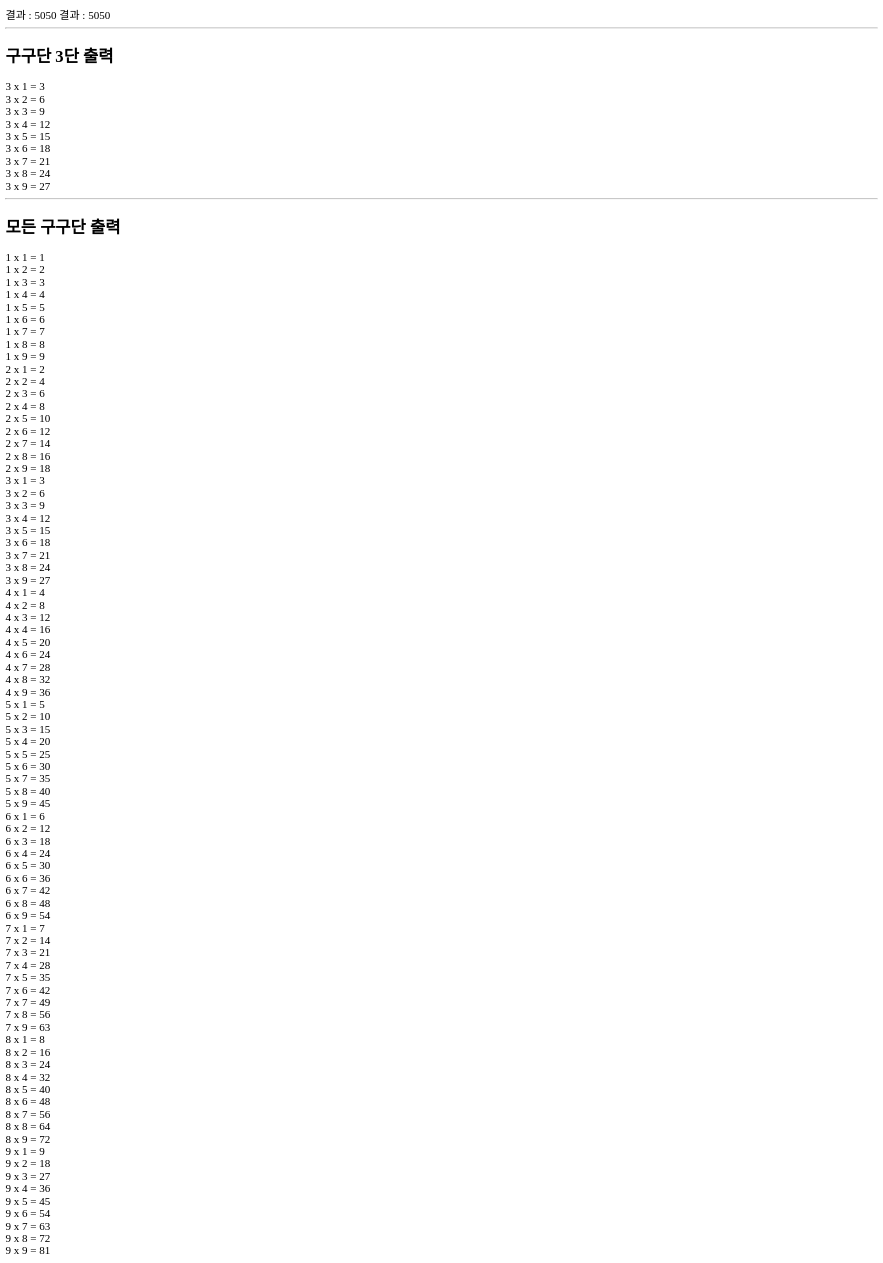
Repository: huntingforheat/JavaProject
Page: http://localhost/myweb/jstl/jstl_foreach.jsp
The author's editor kept a copy of each file at every save. The page is drawn from the files as they stood at one save, then again after the next save.
The browser window is 1280 px wide. The pictures show the whole page, at 69% of full size.
The page is served by Tomcat 9.

Above is the page before, as saved 2024-04-17 03:38:29.

After the next save:
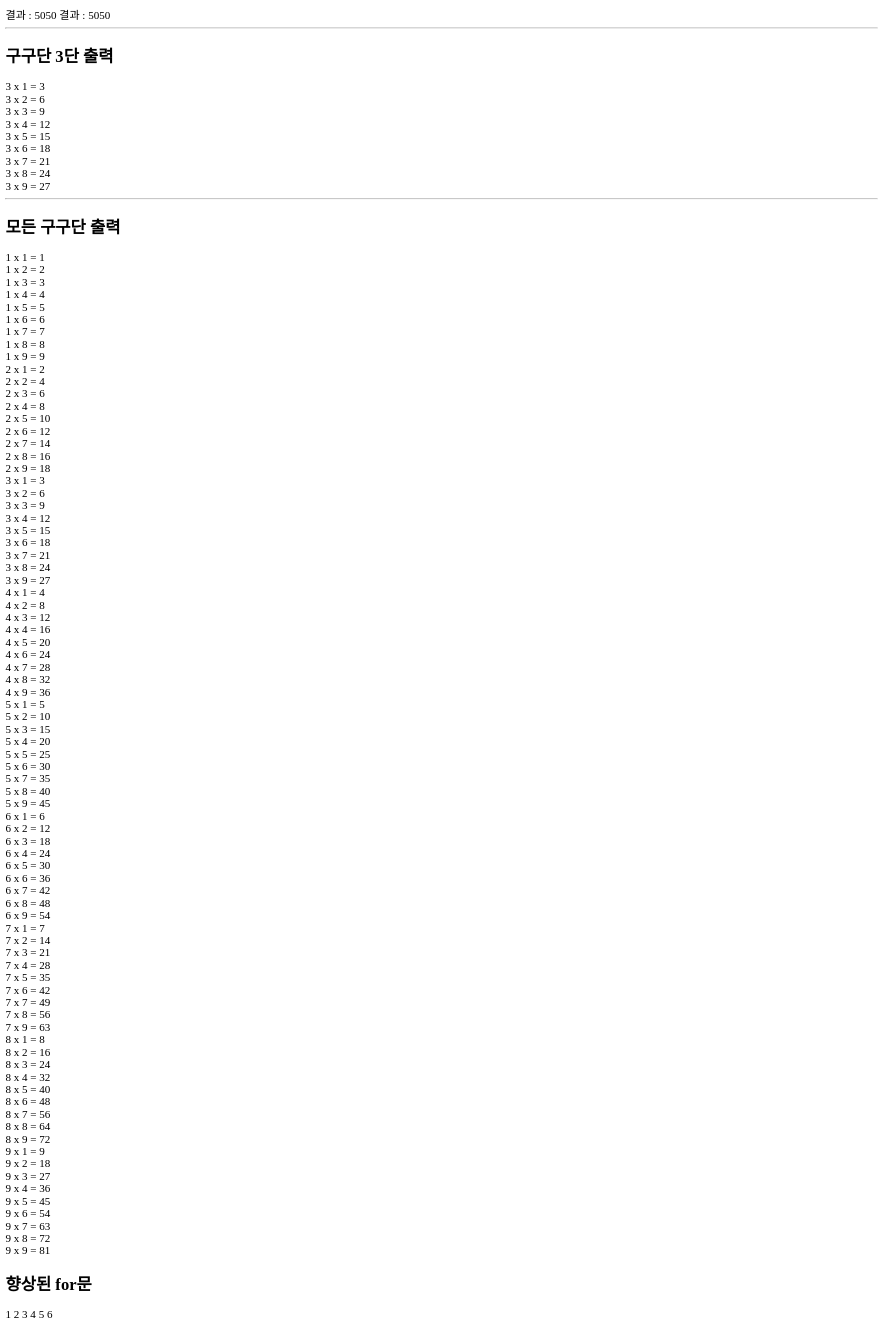
Saved 5 min 46 s later.
--- a/myweb/src/main/webapp/jstl/jstl_foreach.jsp
+++ b/myweb/src/main/webapp/jstl/jstl_foreach.jsp
@@ -41,5 +41,13 @@
 			${i } x ${j } = ${i * j } <br>
 		</c:forEach>
 	</c:forEach>
+
+	<h2>향상된 for문</h2>
+	<%
+		int[] arr = {1,2,3,4,5,6};
+		for(int a : arr) {
+			out.println(a);
+		}
+	%>
 	</body>
 </html>
